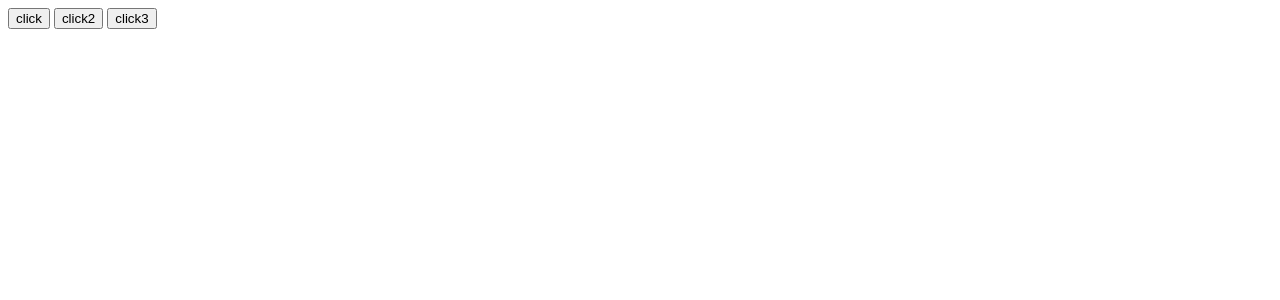
Repository: xiemin2161/mytest
Page: 01-事件处理.html
These files come from the project's save history. The page is drawn as it stood at one moment and after the next save; the edit follows.
The browser window is 1280 px wide. The pictures show the whole page.

Above is the page before, as saved 2023-01-31 14:52:24.

After the next save:
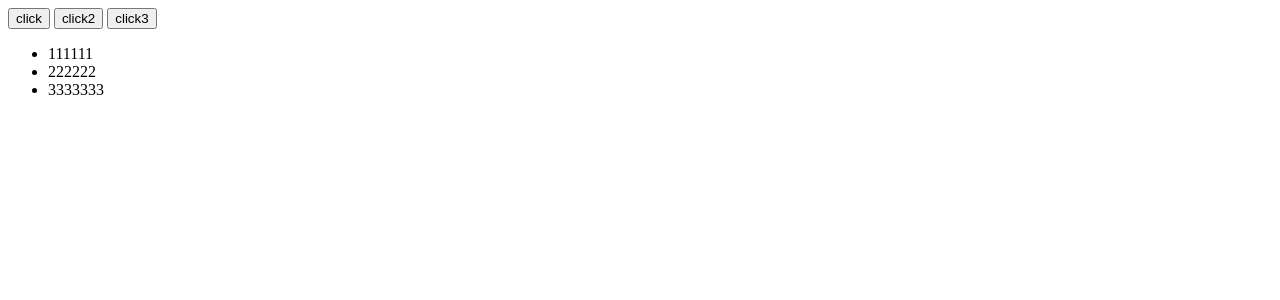
Saved 4 min 15 s later.
--- a/01-事件处理.html
+++ b/01-事件处理.html
@@ -16,6 +16,12 @@
       <button @click="handleClick()">click2</button>
       <button @click="isShow=!isShow">click3</button>
       <div v-show="isShow">111111</div>
+
+      <ul @click="handleUlClick">
+        <li @click="handleLiClick">111111</li>
+        <li>222222</li>
+        <li>3333333</li>
+      </ul>
     </div>
 
     <script type="text/javascript">
@@ -28,6 +34,12 @@
           handleClick() {
             this.isShow = !this.isShow;
           },
+          handleLiClick() {
+            console.log("li click");
+          },
+          handleUlClick() {
+            console.lgo("ul click");
+          },
         },
       });
     </script>
